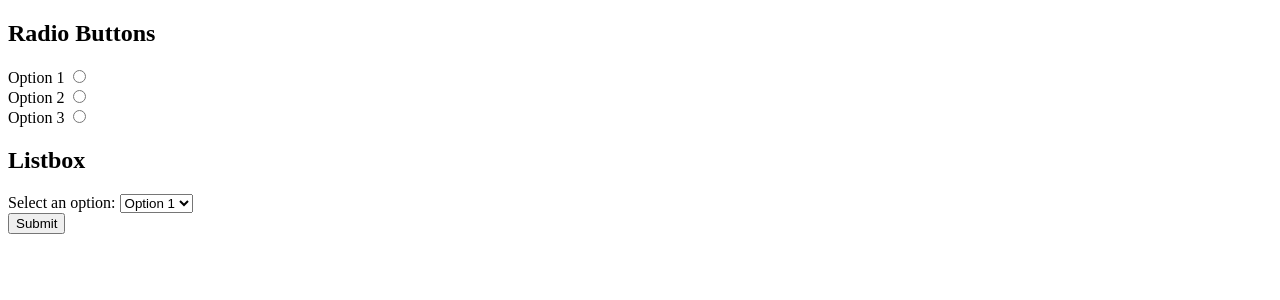
Repository: tranhuunghiem99/N_Auto_Checked
Page: test/index.html
An editor plug-in stored every save of this project. The page is shown before and after the next save, followed by the edit.
The browser window is 1280 px wide. The pictures show the whole page.

Above is the page before, as saved 2024-05-07 21:46:28.

### test/index.html
<!-- <!DOCTYPE html>
<html>
  <head>
    <title>Checkbox Example</title>
  </head>
  <body>
    <form action="/submit" method="post">
      <label for="option1">Option 1</label>
      <input type="checkbox" name="options" value="1" id="option1">
      <br>
      <label for="option2">Option 2</label>
      <input type="checkbox" name="options" value="2" id="option2">
      <br>
      <label for="option3">Option 3</label>
      <input type="checkbox" name="options" value="3" id="option3">
      <br>
      <button type="submit">Submit</button>
    </form>
  </body>
</html> -->

<!-- <!DOCTYPE html>
<html>
<body>

<h1>Leon đang Test code (￣o￣) . z Z</h1>

<form action="/submit" method="post" >
  <div style="display: flex; padding: 5px; margin: 10px;">
  <input type="radio" name="number" value="1" id="option1">
  <label for="1">1</label><br>
  <input type="radio" name="number" value="2" id="option2">
  <label for="2">2</label><br>
  <select  name="selection" id="selection" style="margin-left:10px ;">
    <option value="1" name="list">1</option>
    <option value="2" name="list">2</option>
    <option value="3" name="list">3</option>
    <option value="Ok cái này chọn nè 1" name="ok">Ok cái này chọn nè 1</option>
  </select>

  <button type="submit">Submit</button>
</form>
</body>
</html> -->


<!DOCTYPE html>
<html>
  <head>
    <title>Radio Button and Listbox Example</title>
  </head>
  <body>
    <form action="/submit" method="post">
      <h2>Radio Buttons</h2>
      <label for="option1">Option 1</label>
      <input type="radio" name="option" value="1" id="option1" required>
      <br>
      <label for="option2">Option 2</label>
      <input type="radio" name="option" value="2" id="option2" required>
      <br>
      <label for="option3">Option 3</label>
      <input type="radio" name="option" value="3" id="option3" required>
      <br>
      <h2>Listbox</h2>
      <label for="selection">Select an option:</label>
      <select name="selection" id="selection">
        <option value="1">Option 1</option>
        <option value="2">Option 2</option>
        <option value="3">Option 3</option>
      </select>
      <br>
      <button type="submit">Submit</button>
    </form>
  </body>
</html>

After the next save:
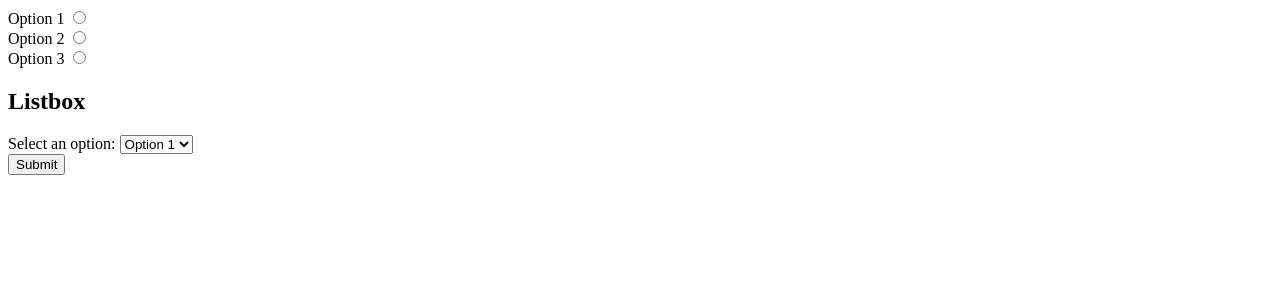
Saved 12 s later.
--- a/test/index.html
+++ b/test/index.html
@@ -51,7 +51,6 @@
   </head>
   <body>
     <form action="/submit" method="post">
-      <h2>Radio Buttons</h2>
       <label for="option1">Option 1</label>
       <input type="radio" name="option" value="1" id="option1" required>
       <br>
